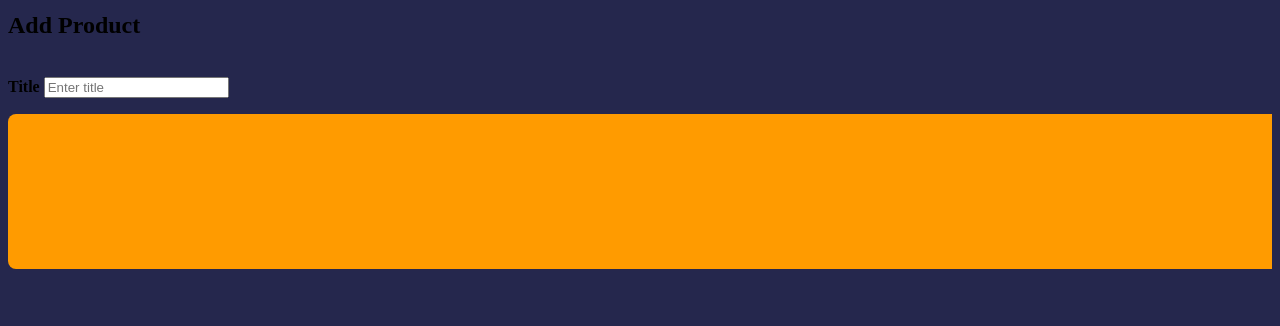
Repository: Abdaljawad-Aya/Laravel
Page: http://localhost/products/create
These files come from the project's save history. The page is drawn as it stood at one moment and after the next save; the edit follows.
The browser window is 1280 px wide. The pictures show the whole page.
The page is served by the project's Laravel application, run on PHP 8.4 with Laravel 8.

Above is the page before, as saved 2021-02-22 20:32:01.

After the next save:
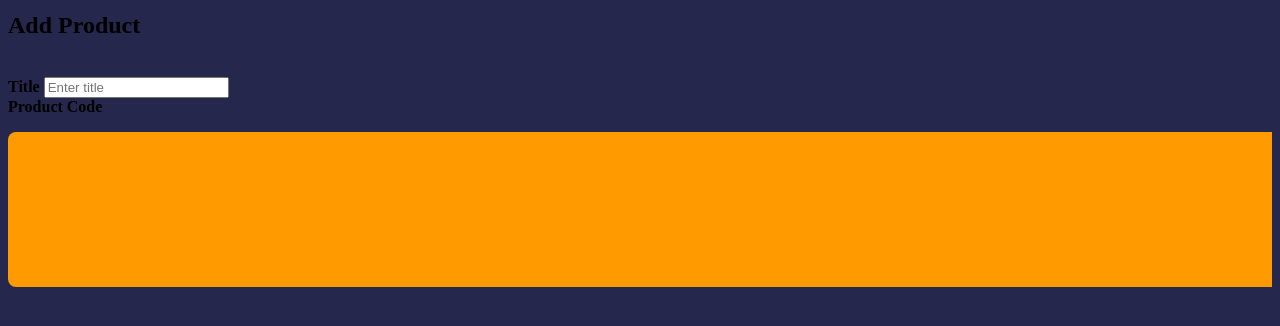
Saved 36 s later.
--- a/adminTheme/resources/views/product/create.blade.php
+++ b/adminTheme/resources/views/product/create.blade.php
@@ -14,5 +14,11 @@ post" name="add_product">
         <span class="text-danger">{{ $errors->first('title')}}</span>
         </div>
     </div>
+
+    <div class="col-md-12">
+        <div class="form-group">
+            <strong>Product Code</strong>
+        </div>
+    </div>
 </div>
 </form>
